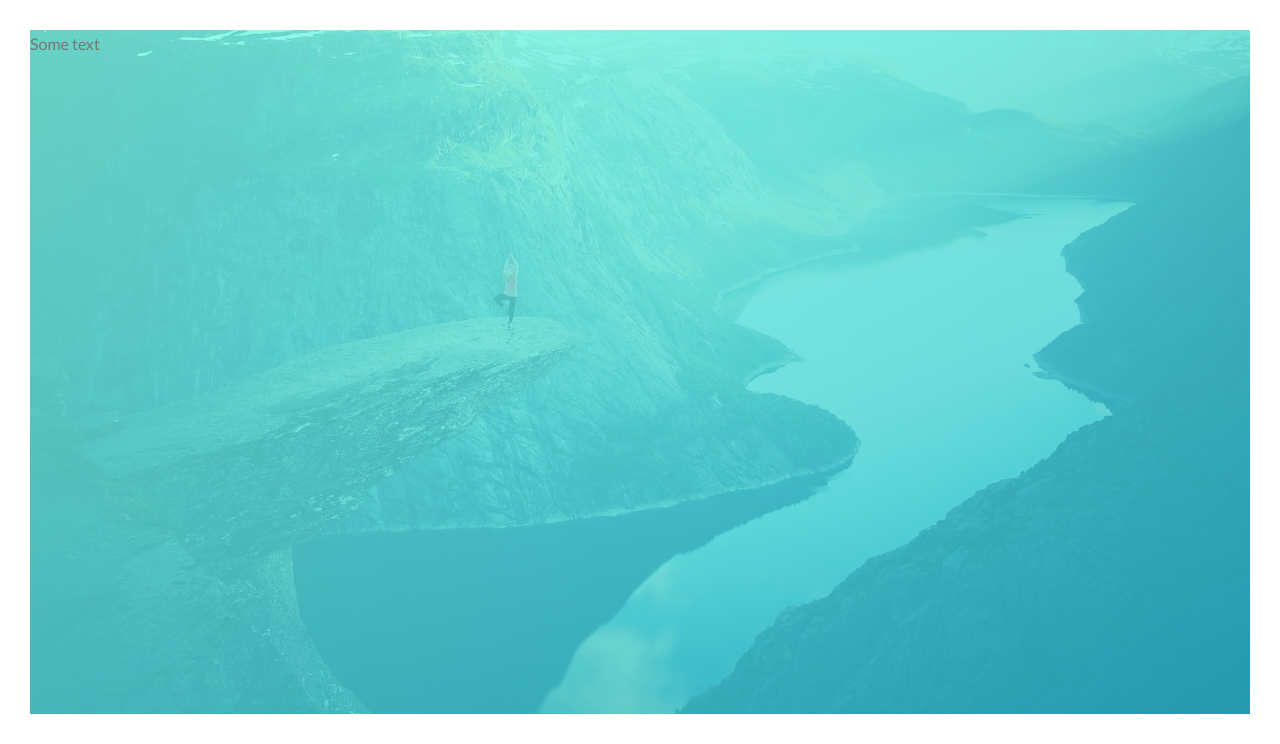
Repository: haokiet2501/natours-page
Page: index.html
An editor plug-in stored every save of this project. The page is shown before and after the next save, followed by the edit.
The browser window is 1280 px wide. The pictures show the whole page.

Above is the page before, as saved 2022-07-31 16:50:48.

After the next save:
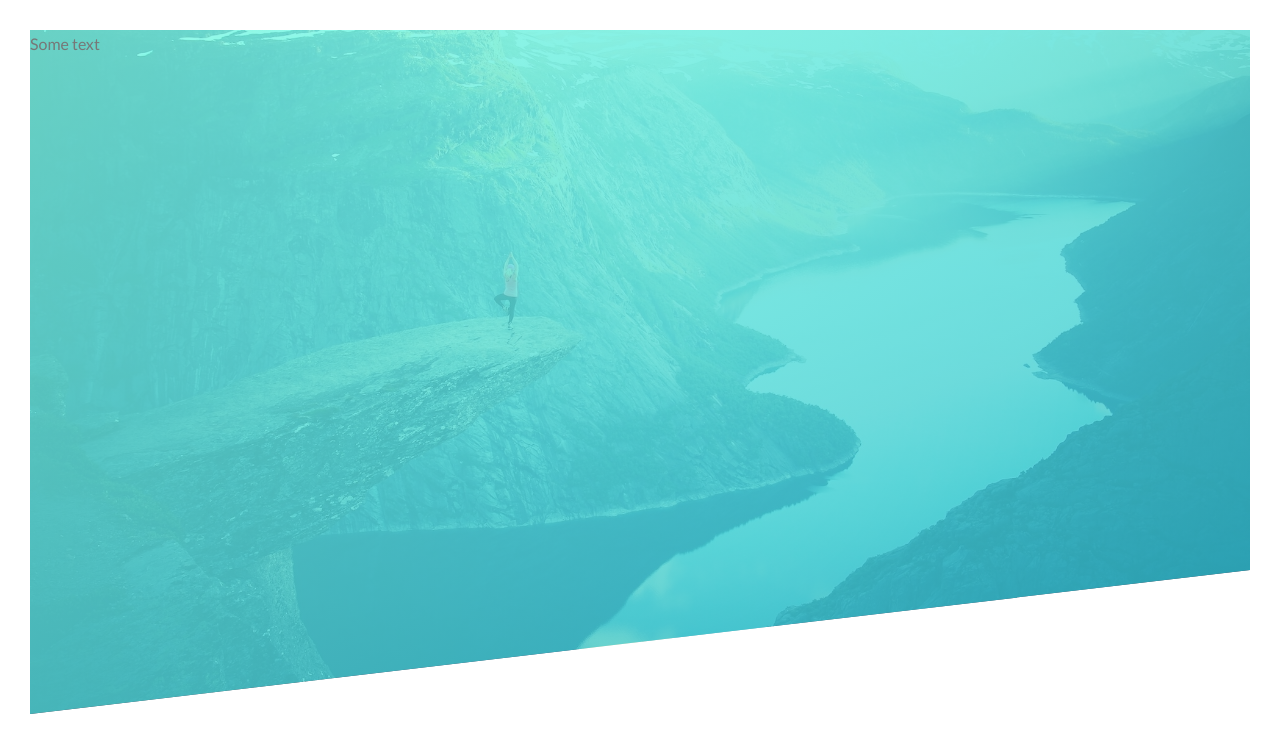
Saved 4 s later.
--- a/styles.css
+++ b/styles.css
@@ -34,5 +34,5 @@ html {
         ) ,url("./img/hero.jpg");
     background-size: cover;
     background-position: top;
-    clip-path: polygon(0 0, 100% 0, 100% 75vh, );
+    clip-path: polygon(0 0, 100% 0, 100% 75vh, 0 100%);
 }
